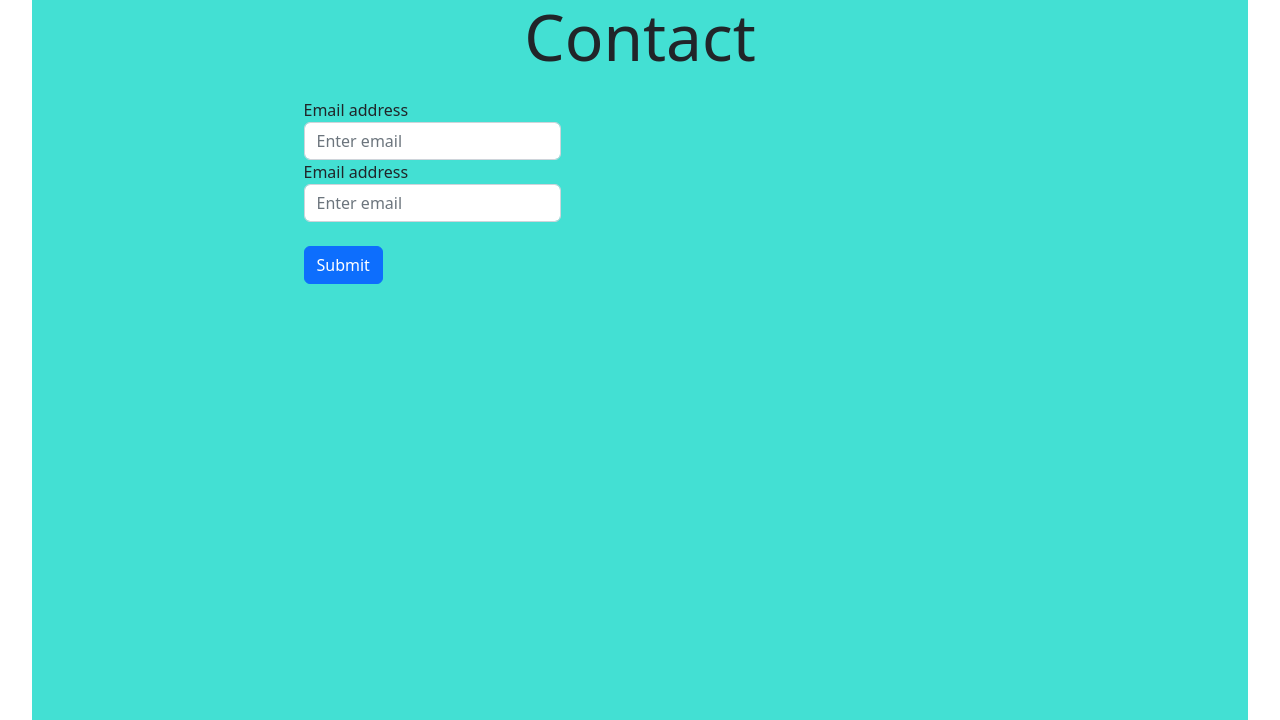
Repository: collegedude9300/zenstationnext
Page: /Contact
An editor plug-in stored every save of this project. The page is shown before and after a run of saves, followed by the edit.
The browser window is 1280 px wide. The pictures show the whole page.
The project was rebuilt for these pictures with package versions that can differ from the ones it lists, and the page was loaded fresh each time. The framework's server and built-in components were replaced by stand-ins that run in the browser. Also part of the build but not shown: next.config.js.

Above is the page before, as saved 2022-10-18 17:48:43.

After the next 2 saves:
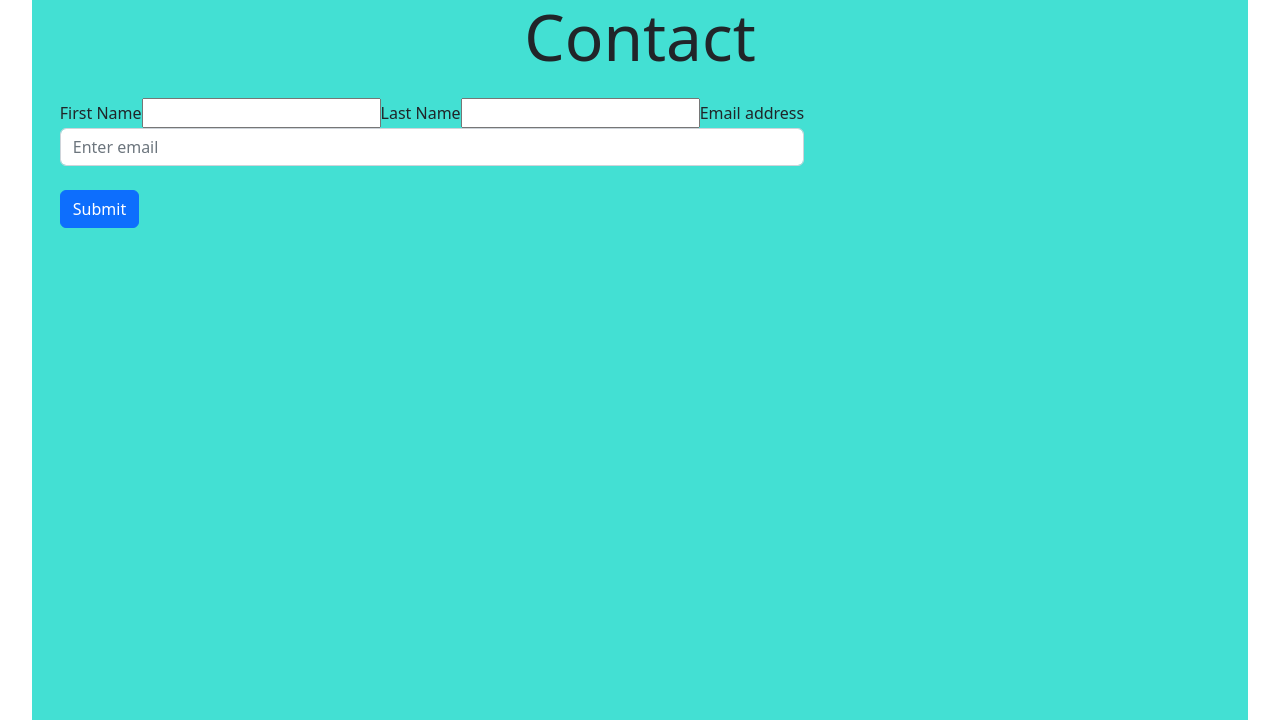
The 2 saves are shown as one change because 1 did not build or start.
The last was saved 2 min 25 s later.
--- a/pages/Contact.js
+++ b/pages/Contact.js
@@ -37,10 +37,12 @@ export default function Contact() {
             <form onSubmit={handleSubmit}>
             <br></br>
               <div className="form-group">
-              <label htmlFor="email">Email address</label>
-                <input type="email" className="form-control" id="email" placeholder="Enter email" />
+              <label htmlFor="firstName">First Name</label>
+			<input type="text" name="firstName" id="firstName" placeholder=""/>
+			<label htmlFor="lastName">Last Name</label>
+			<input type="text" name="lastName" id="lastName" placeholder=""/>
                 <label htmlFor="email">Email address</label>
-                <input type="email" className="form-control" id="email" placeholder="Enter email" />
+                <input type="email" className="form-control" id="email" placeholder="Enter email"/>
                 <br></br>
               </div>
               <button type="submit" className="btn btn-primary">Submit</button>
